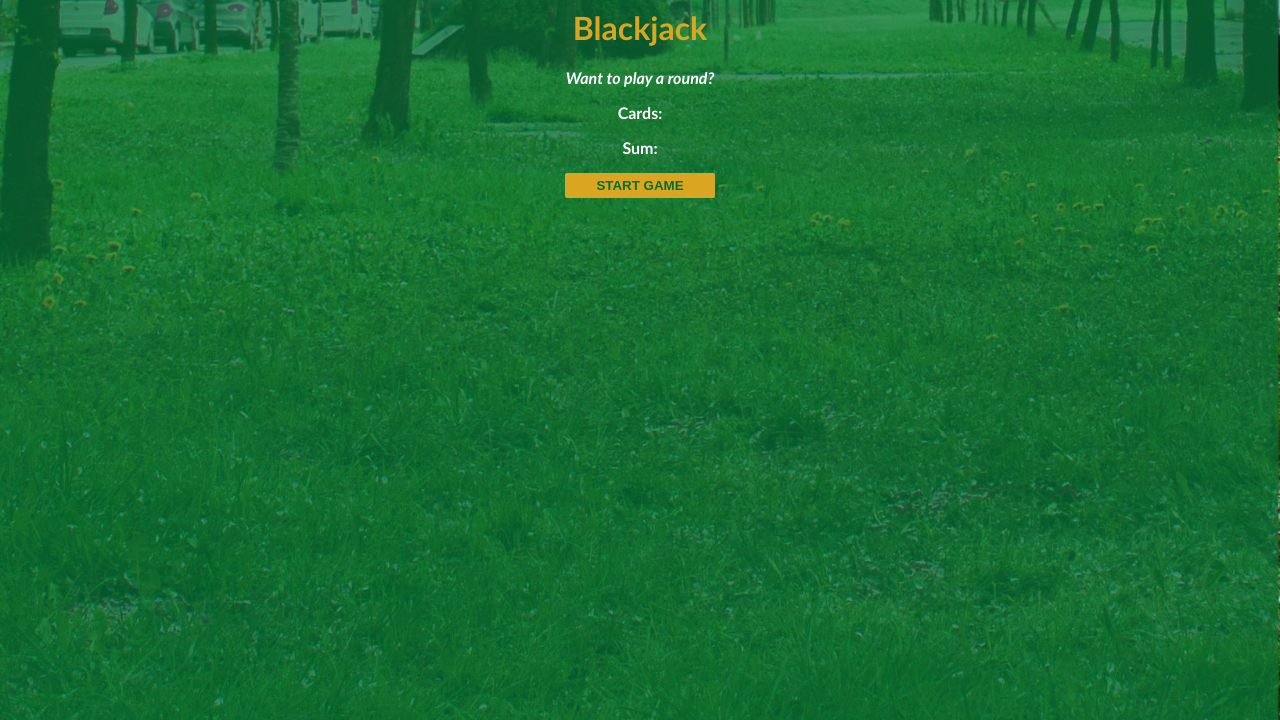
Repository: Samkiroko/black_jack
Page: index.html
These files come from the project's save history. The page is drawn as it stood at one moment and after the next save; the edit follows.
The browser window is 1280 px wide. The pictures show the whole page.

Above is the page before, as saved 2022-04-29 14:45:56.

### index.html
<html>

<head>
    <link rel="stylesheet" href="index.css">
</head>

<body>
    <h1>Blackjack</h1>
    <p id="message-el">Want to play a round?</p>
    <p id="cards-el">Cards:</p>
    <p id="sum-el">Sum:</p>
    <button onclick="startGame()">START GAME</button>
    <!-- 1. Create a NEW CARD button, make it run newCard() on click -->
    <script src="index.js"></script>
</body>

</html>

### index.css
body {
    font-family: 'Trebuchet MS', 'Lucida Sans Unicode', 'Lucida Grande', Arial, sans-serif;
    background-image: url('img/green.jpg');
    background-size: cover;
    font-weight: bold;
    color: white;
    text-align: center;
    display: block;
    margin-left: auto;
    margin-right: auto;
}

h1 {
    color: goldenrod;
}

#message-el {
    font-style: italic;
}


/* 3. Make sure that the two buttons have some space between
each other when they are rendered out vertically */

button {
    color: #016f32;
    width: 150px;
    background: goldenrod;
    padding-top: 5px;
    padding-bottom: 5px;
    font-weight: bold;
    border: none;
    border-radius: 2px;
}

### index.js
let firstCard = 10
let secondCard = 4
let sum = firstCard + secondCard
let hasBlackJack = false
let isAlive = true
let message = ''
let messageEl = document.getElementById('message-el')
let sumEl = document.getElementById('sum-el')
let cardsEl = document.getElementById('cards-el')

function startGame() {
  cardsEl.textContent = 'Cards: ' + firstCard + ' ' + secondCard
  sumEl.textContent = 'Sum: ' + sum
  if (sum <= 20) {
    message = 'Do you want to draw a new card?'
  } else if (sum === 21) {
    message = "You've got Blackjack!"
    hasBlackJack = true
  } else {
    message = "You're out of the game!"
    isAlive = false
  }
  messageEl.textContent = message
}

// 2. Create a function newCard() that logs out "Drawing a new card from the deck!"

After the next save:
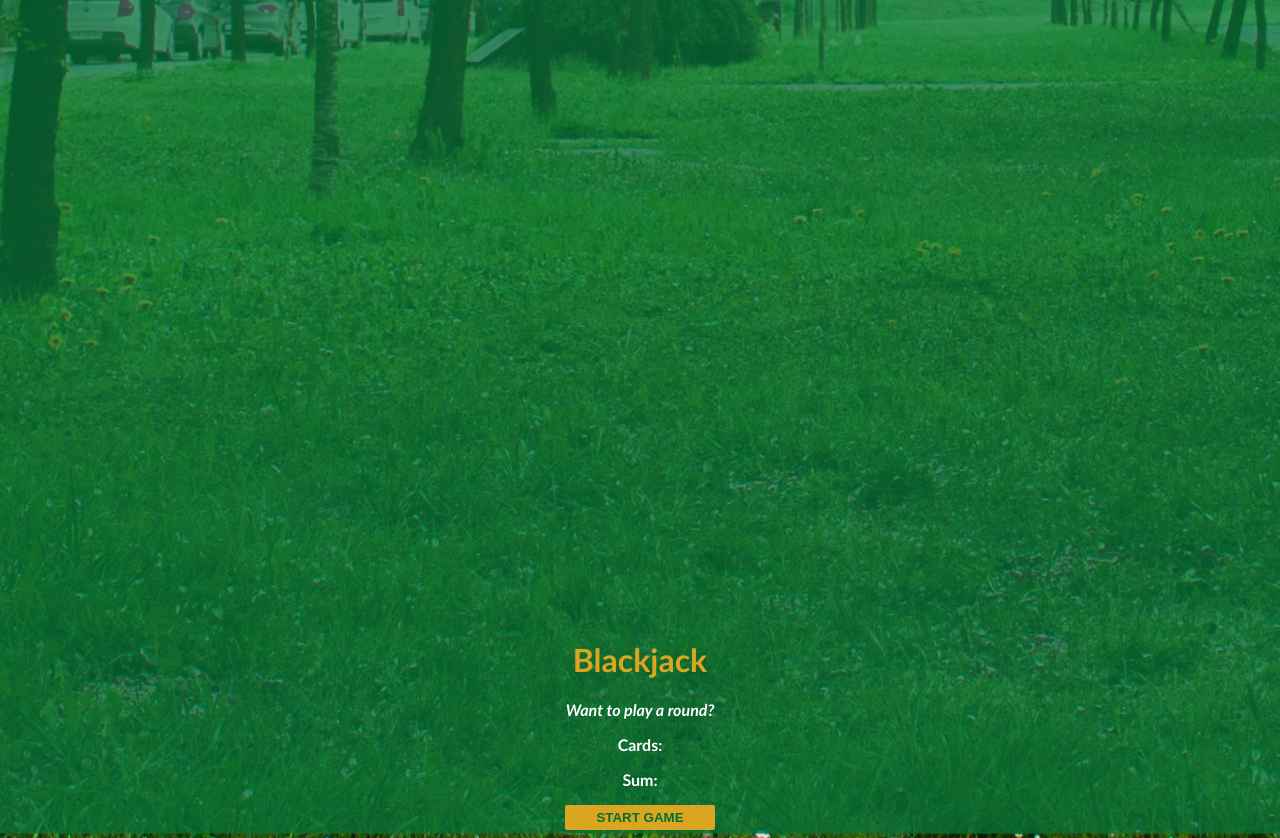
Saved 23 s later.
--- a/index.css
+++ b/index.css
@@ -8,6 +8,7 @@ body {
     display: block;
     margin-left: auto;
     margin-right: auto;
+    margin-top: 50%;
 }
 
 h1 {
